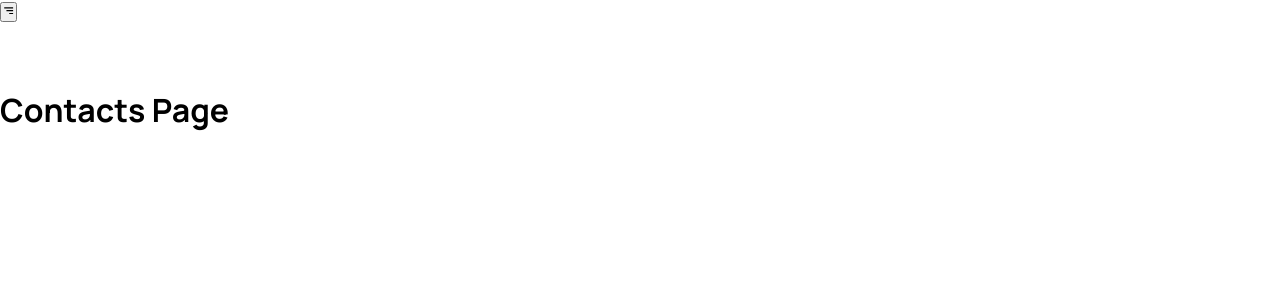
Repository: elaiken/portfolio
Page: /contact-me
An editor plug-in stored every save of this project. The page is shown before and after the next save, followed by the edit.
The browser window is 1280 px wide. The pictures show the whole page.
The project was rebuilt for these pictures with package versions that can differ from the ones it lists, and the page was loaded fresh each time. Also part of the build but not shown: src/components/Error.js, src/components/Home.js, src/components/Projects.js.

Above is the page before, as saved 2021-11-24 18:19:08.

After the next save:
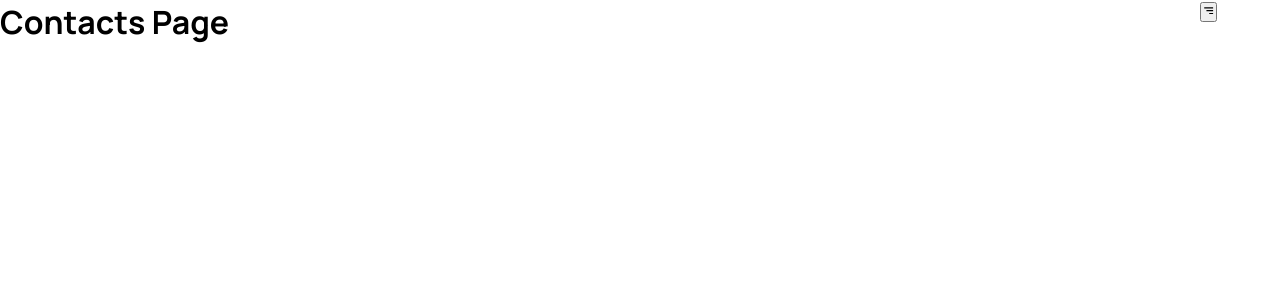
Saved 90 s later.
--- a/src/index.css
+++ b/src/index.css
@@ -1,5 +1,6 @@
 :root {
   --background-image:linear-gradient (120deg,hsl(169, 100%, 35%),rgba(1, 84, 69, 0.67));
+  --background-overlay:rgba(0,0,0,0.4)
 }
 
 
@@ -28,6 +29,17 @@
   font-family: "Manrope", sans-serif;
 }
 
+/* Header */
+
+.header {
+  position: absolute;
+  right: 0;
+  height: 100%;
+
+}
+
+
+/* HomePAGE */
 .home {
   background: url(./pexels-andre-moura-4021521.jpg);
   background-repeat:no-repeat ;
